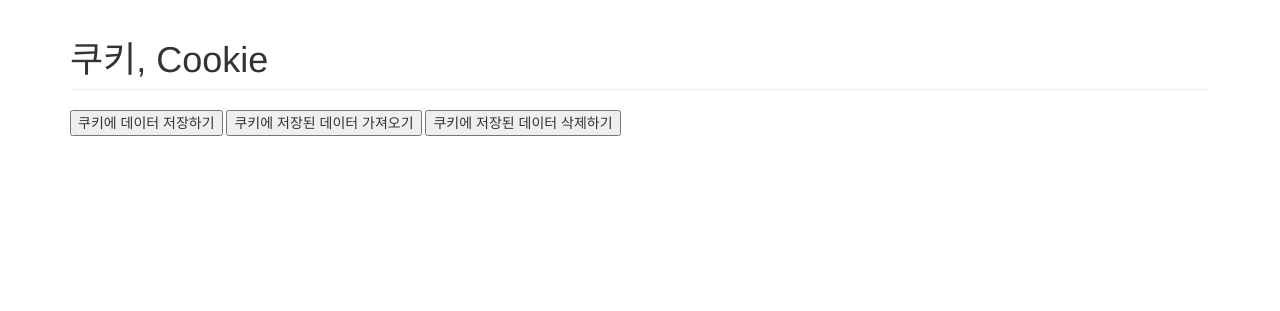
Repository: kimgyuseok/Server
Page: http://localhost/JSPTest/ex14_cookie.jsp
These files come from the project's save history. The page is drawn as it stood at one moment and after the next save; the edit follows.
The browser window is 1280 px wide. The pictures show the whole page.
The page is served by Tomcat 9.

Above is the page before, as saved 2022-01-07 06:30:22.

### JSPTest/src/main/webapp/ex14_cookie.jsp
<%@ page language="java" contentType="text/html; charset=UTF-8"
    pageEncoding="UTF-8"%>
<%


%>
<!DOCTYPE html>
<html>
<head>
<meta charset="UTF-8">
<title>Insert title here</title>
<%@ include file="/inc/asset.jsp" %>
<style>

</style>
</head>
<body>
	<!--ex12_two.jsp-->

	<div class="container">
		<h1 class="page-header">쿠키, Cookie<small></small></h1>

			<input type="button" value="쿠키에 데이터 저장하기" id="btn1">
			<input type="button" value="쿠키에 저장된 데이터 가져오기" id="btn2">
			<input type="button" value="쿠키에 저장된 데이터 삭제하기" id="btn3">
	</div>


	<script>
		$('#btn1').click(function(){
// 			document.cookie = "hong,20,서울시 강남구";
// 			document.cookie = "name=홍길동&age=20&address=서울시";
			setCookie('num',100);
			setCookie('name','홍길동');
			setCookie('age',20,30);
		});

		$('#btn2').click(function(){
// 			document.cookie = "hong";
			alert(getCookie('num'));
			alert(getCookie('name'));
			alert(getCookie('age'));
		});

		$('#btn3').click(function(){
			setCookie('age',0,-1);
		});


	</script>
</body>
</html>

### JSPTest/src/main/webapp/inc/asset.jsp
<%@ page language="java" contentType="text/html; charset=UTF-8"
    pageEncoding="UTF-8"%>
<!-- asset.jsp -->

<%
	String root = request.getContextPath();
%>

<link rel="stylesheet" href="<%= root %>/asset/css/bootstrap.css">

<script src="<%= root %>/asset/js/jquery-1.12.4.js"></script>
<script src="<%= root %>/asset/js/bootstrap.js"></script>
<script src="<%= root %>/asset/js/cookie.js"></script>

### JSPTest/src/main/webapp/asset/js/cookie.js
//weapp > asset > js > cookie.js

function setCookie(cname, cvalue, exdays) {
  const d = new Date();
  d.setTime(d.getTime() + (exdays * 24 * 60 * 60 * 1000));
  let expires = "expires="+d.toUTCString();
  document.cookie = cname + "=" + cvalue + ";" + expires + ";path=/";
}

function getCookie(cname) {
  let name = cname + "=";
  let ca = document.cookie.split(';');
  for(let i = 0; i < ca.length; i++) {
    let c = ca[i];
    while (c.charAt(0) == ' ') {
      c = c.substring(1);
    }
    if (c.indexOf(name) == 0) {
      return c.substring(name.length, c.length);
    }
  }
  return "";
}

Loaded but not shown: JSPTest/src/main/webapp/asset/css/bootstrap.css (library); JSPTest/src/main/webapp/asset/js/jquery-1.12.4.js (library); JSPTest/src/main/webapp/asset/js/bootstrap.js (library)

After the next save:
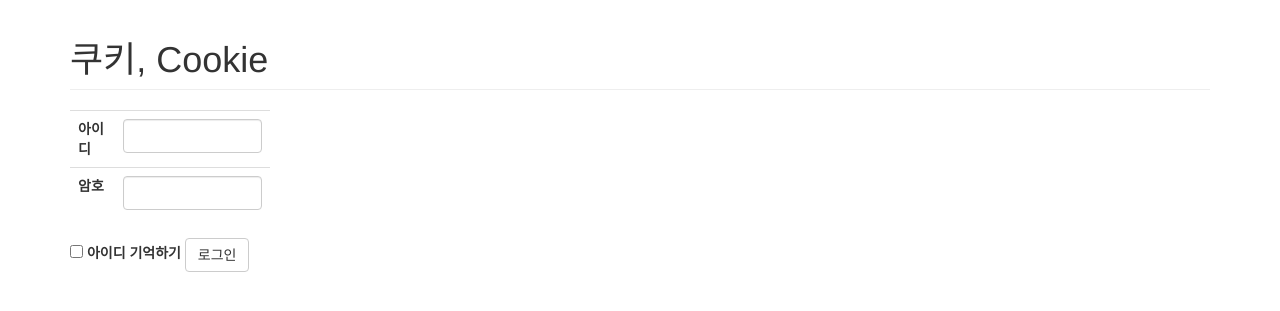
Saved 8 min 12 s later.
--- a/JSPTest/src/main/webapp/ex14_cookie.jsp
+++ b/JSPTest/src/main/webapp/ex14_cookie.jsp
@@ -20,31 +20,23 @@
 	<div class="container">
 		<h1 class="page-header">쿠키, Cookie<small></small></h1>
 
-			<input type="button" value="쿠키에 데이터 저장하기" id="btn1">
-			<input type="button" value="쿠키에 저장된 데이터 가져오기" id="btn2">
-			<input type="button" value="쿠키에 저장된 데이터 삭제하기" id="btn3">
+			<table class="table table-borderd" style="width: 200px">
+         <tr>
+            <th>아이디</th>
+            <td><input type="text" id="txtid" class="form-control"></td>
+         </tr>
+         <tr>
+            <th>암호</th>
+            <td><input type="password" id="txtpw" class="form-control"></td>
+         </tr>
+      </table>
+      <label><input type="checkbox" id="cb"> 아이디 기억하기</label>
+      <input type="button" value="로그인" class="btn btn-default">
 	</div>
 
 
 	<script>
-		$('#btn1').click(function(){
-// 			document.cookie = "hong,20,서울시 강남구";
-// 			document.cookie = "name=홍길동&age=20&address=서울시";
-			setCookie('num',100);
-			setCookie('name','홍길동');
-			setCookie('age',20,30);
-		});
 
-		$('#btn2').click(function(){
-// 			document.cookie = "hong";
-			alert(getCookie('num'));
-			alert(getCookie('name'));
-			alert(getCookie('age'));
-		});
-
-		$('#btn3').click(function(){
-			setCookie('age',0,-1);
-		});
 
 
 	</script>
